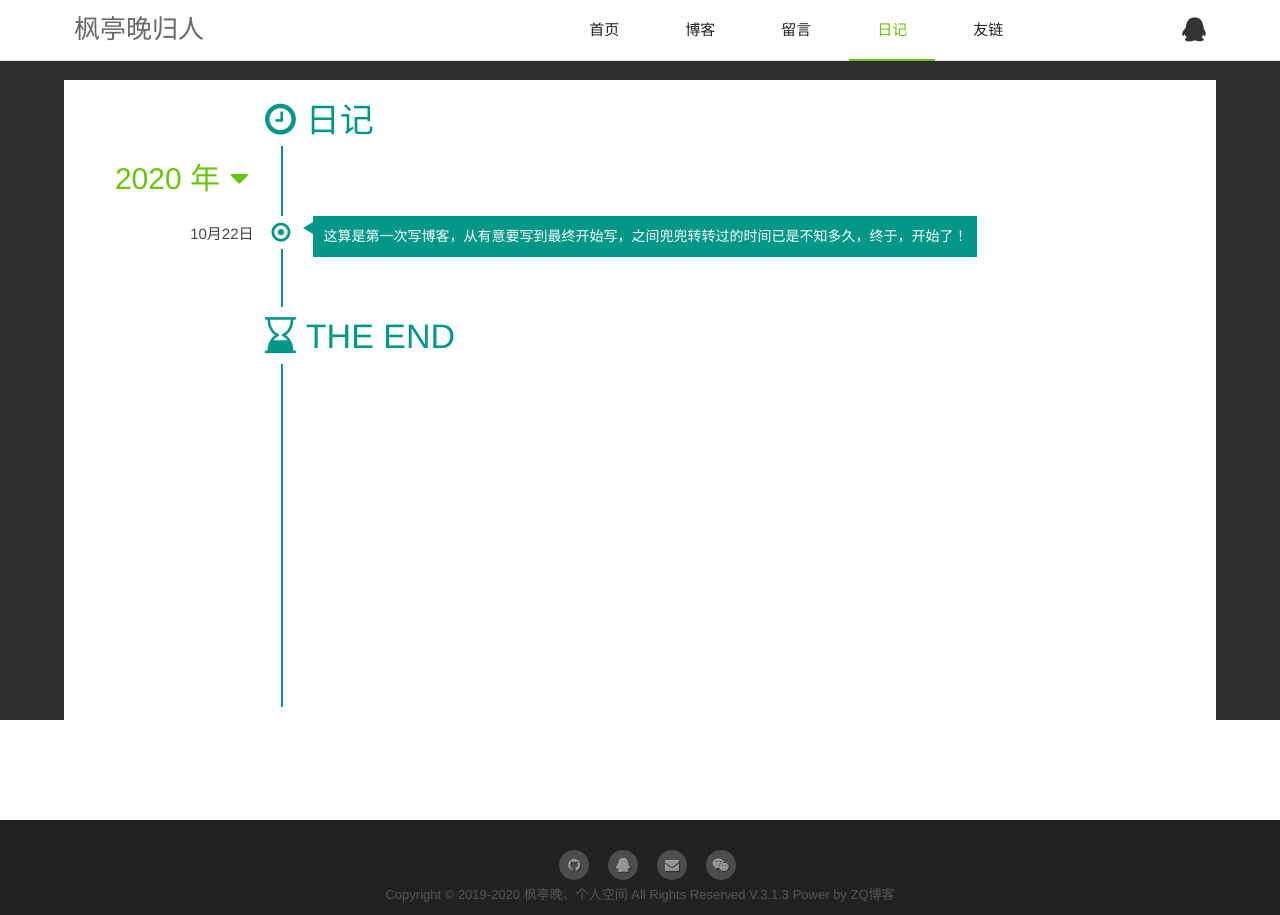
Repository: fengfi9/blog
Page: diary.html
The author's editor kept a copy of each file at every save. The page is drawn from the files as they stood at one save, then again after the next save.
The browser window is 1280 px wide. The pictures show the whole page.

Above is the page before, as saved 2020-10-22 15:06:57.

### diary.html
<!DOCTYPE html>
<html>

<head>
    <meta charset="utf-8" />
    <meta http-equiv="X-UA-Compatible" content="IE=edge,chrome=1" />
    <meta name="renderer" content="webkit">
    <meta name="viewport" content="width=device-width" />
    <meta name="author" content="www.lzqcode.com" />
    <meta name="robots" content="all" />
    <title>日记</title>
    <link rel="stylesheet" href="font-awesome/css/font-awesome.min.css">
    <link rel="stylesheet" href="layui/css/layui.css" />
    <link rel="stylesheet" href="css/master.css" />
    <link rel="stylesheet" href="css/gloable.css" />
    <link rel="stylesheet" href="css/nprogress.css" />
    <link rel="stylesheet" href="css/timeline.css" />
</head>

<body>
    <div class="header">
    </div>
    <header class="gird-header">
        <div class="header-fixed">
            <div class="header-inner">
                <a href="javascript:void(0)" class="header-logo" id="logo">枫亭晚归人</a>
                <nav class="nav" id="nav">
                    <ul>
                        <li><a href="index.html">首页</a></li>
                        <li><a href="article.html">博客</a></li>
                        <li><a href="message.html">留言</a></li>
                        <li><a href="diary.html">日记</a></li>
                        <li><a href="link.html">友链</a></li>
                    </ul>
                </nav>
                <a href="#" class="blog-user">
                    <i class="fa fa-qq"></i>
                </a>
                <a class="phone-menu">
                    <i></i>
                    <i></i>
                    <i></i>
                </a>
            </div>
        </div>
    </header>
    <div class="doc-container" id="doc-container">
        <div class="container-fixed">
            <div class="timeline-box shadow">
                <div class="timeline-main">
                    <h1><i class="fa fa-clock-o"></i>日记</h1>
                    <div class="timeline-line"></div>
                    <div class="timeline-year">
                        <h2><a class="yearToggle">2020 年</a><i class="fa fa-caret-down fa-fw"></i></h2>
                        <div class="timeline-month">
                            <ul>

                            </ul>
                        </div>
                    </div>
                    <h1 style="padding-top:4px;padding-bottom:2px;margin-top:40px;"><i
                            class="fa fa-hourglass-end"></i>THE END</h1>
                </div>
            </div>
        </div>
    </div>
    <footer class="grid-footer">
        <div class="footer-fixed">
            <div class="copyright">
                <div class="info">
                    <div class="contact">
                        <a href="javascript:void(0)" class="github" target="_blank"><i class="fa fa-github"></i></a>
                        <a href="#" class="qq" target="_blank"><i class="fa fa-qq"></i></a>
                        <a href="#" class="email" target="_blank"><i class="fa fa-envelope"></i></a>
                        <a href="javascript:void(0)" class="weixin"><i class="fa fa-weixin"></i></a>
                    </div>
                    <p class="mt05">
                        Copyright &copy; 2019-2020 枫亭晚、个人空间 All Rights Reserved V.3.1.3 Power by ZQ博客
                    </p>
                </div>
            </div>
        </div>
    </footer>
    <script src="https://cdn.bootcss.com/jquery/3.3.1/jquery.min.js"></script>
    <script src="layui/layui.js"></script>
    <script src="js/yss/gloable.js"></script>
    <script src="js/plugins/nprogress.js"></script>
    <script src="js/love.js"></script>
    <script>
        NProgress.start();
    </script>
    <script src="js/pagediary.js"></script>
    <script>
        window.onload = function () {
            NProgress.done();
        };
        // 循环日记
        var diaryS = [
            {
                time:"10月22日",
                content:"这算是第一次写博客，从有意要写到最终开始写，之间兜兜转转过的时间已是不知多久，终于，开始了！"
            }
        ];
        $.each(diaryS,function(i,val){
            var diaryCont = "<li>"+
                                "<div class='h4 animated fadeInLeft'>"+
                                    "<p class='date'>"+val.time+"</p>"+
                                "</div>"+
                                "<p class='dot-circle animated'><i class='fa fa-dot-circle-o'></i></p>"+
                                "<div class='content animated fadeInRight'>"+
                                    "<p>"+val.content+"</p>"+
                                "</div>"+
                                "<div class='clear'></div>"+
                            "</li>"
            $(".timeline-month ul").append(diaryCont)
        })
    </script>
</body>

</html>

### css/master.css
.header{
	margin: 0 auto;
	width: 100%;
	height: 100%;
	background-color: #2E2E2E;
	position: fixed!important;
	background-size: 100% 100%
}
*{margin:0;padding:0}
a,img{text-decoration:none;border:none}
button,input,textarea{outline:0;border:none;font:14px/1.5 "Microsoft YaHei","微软雅黑","Helvetica Neue","Hiragino Sans GB",Helvetica,Tahoma,sans-serif;color:#515250}
h4{font-size:20px}
li{list-style:none}
body,html{background-color:rgba(255,255,255,.5);font:14px/1.5 "Helvetica neue",Helvetica,Tahoma,"lantinghei sc","Microsoft Yahei",sans-serif;color:#515250;-webkit-font-smoothing:antialiased;-webkit-backface-visibility:hidden;overflow-x:hidden}
.gird-header{width:100%;min-height:60px;position:fixed;background-color:rgba(255,255,255,1);z-index:11002;top:0;left:0;border-bottom:1px solid #e8e9e7;font-size:14px}
.container-fixed,.footer-fixed,.header-fixed{width:1280px;margin-left:auto;margin-right:auto;position:relative}
.header-inner{margin-left:10px;margin-right:10px;position:relative}
.header-logo{font-family:BarbaraHand;font-size:40px;color:#444647;text-align:center;position:absolute;left:0;font-family: cursive;color: #686967;text-decoration: none;font-size: 26px;margin-top: 10px;}
.nav{display:block;position:absolute;right:15%}
.nav li{display:block;float:left;margin:10px 5px;position:relative}
.nav li:before{width:0;height:2px;position:absolute;bottom:-11px;left:50%;background-color:#6bc30d;content:"";transition:all .6s;z-index:-1}
.nav li a{display:block;line-height:32px;padding:4px 28px;color:#212220;font-weight:400;font-size:15px;text-shadow:0 1px 0 rgba(255,255,255,.2);-webkit-transition:all .2s;transition:all .2s}
.nav .current:before{width:100%;left:0}
.nav .current a{color:#6bc30d}
.blog-user{position:absolute;line-height:60px;font-size:24px}
.blog-user>img{border-radius:50%;width:40px;height:40px}
.phone-menu{width:50px;height:50px;display:inline-block;position:absolute;cursor:pointer;right:0;top:5px}
.phone-menu i{background:#787977;display:inline-block;width:22px;height:2px;position:absolute;left:14px}
.phone-menu i:nth-of-type(1){top:18px}
.phone-menu i:nth-of-type(2){top:25px}
.phone-menu i:nth-of-type(3){top:32px}
.grid-footer{background-color:#212220;color:#919290;font-size:14px;padding:20px 0 0 0;position:relative;zoom:1;clear:both;line-height:20px;margin-top:40px;overflow:hidden}
.copyright{padding:10px 0 10px 0}
.copyright .info{position:relative;text-align:center}
.copyright p{color:#565755;font-size:13px}
.copyright .contact a{display:inline-block;width:30px;height:30px;background-color:rgba(255,255,255,.2);text-align:center;line-height:30px;text-shadow:1px 1px 1px rgba(0,0,0,.5);font-size:14px;margin-left:15px;margin-right:0;border-radius:100%;text-decoration:none;color:rgba(255,255,255,.5);-webkit-transition:all .3s;transition:all .3s}
.copyright .contact a:hover{color:#fff}
.copyright .contact .github:hover{background-color:#b952c5}
.copyright .contact .qq:hover{background-color:#d25744}
.copyright .contact .email:hover{background-color:#668f20}
.copyright .contact .weixin:hover{background-color:#06a2c9}
.doc-container{position:relative;padding-top:60px;-webkit-transition:all .2s;transition:all .2s;min-height:100vh}
.lo{width:250px;height:60px;padding:10px 15px;clear:both;border-radius:4px}
.lo input{margin-left:15px;border:1px solid #e8e9e7}
.lo button{margin-top:10px;padding:5px 15px;cursor:pointer}
.lo .waiting{padding:5px 15px;font-family:FontAwesome;font-style:normal;text-rendering:auto;font-size:20px;display:none}
.lo .waiting:before{content:"\f110";-webkit-animation:spin 2s infinite linear;animation:spin 2s infinite linear}
.artcle{transition:animation .3s linear}
.zoomIn{animation:zoomIn 1s both}
@keyframes zoomIn{0%{opacity:0;-webkit-transform:scale3d(.3,.3,.3);transform:scale3d(.3,.3,.3)}
50%{opacity:1}
}

@-webkit-keyframes spin{0%{-webkit-transform:rotate(0)}
100%{-webkit-transform:rotate(359deg)}
}
@keyframes spin{0%{transform:rotate(0)}
100%{transform:rotate(359deg)}
}
@media screen and (min-width:1025px){.blog-user{right:0}
.phone-menu{display:none}
.nav{display:block!important}
}
@media screen and (max-width:1366px){.container-fixed,.footer-fixed,.header-fixed{width:90%}
.phone-menu{display:none}
.nav{display:block}
}
@media screen and (max-width:1024px){.header-logo{left:25%;width:50%}
.nav{position:fixed;top:60px;left:0;right:0}
.container-fixed,.footer-fixed,.header-fixed{width:90%}
.phone-menu{display:block}
.nav{display:none;width:100%;background:rgba(255,255,255,1)}
.nav li:before{bottom:0;z-index:10}
.nav li{float:none;border-bottom:1px solid #e8e9e7}
.nav li:last-child{border:0}
}
@font-face{font-family:BarbaraHand;src:url(../font/barbarahand-webfont.eot);src:url(../font/barbarahand-webfont.eot?#iefix) format('embedded-opentype'),url(../font/barbarahand-webfont.woff2) format('woff2'),url(../font/barbarahand-webfont.woff) format('woff'),url(../font/barbarahand-webfont.ttf) format('truetype'),url(../font/barbarahand-webfont.svg#BarbaraHand) format('svg');font-weight:400;font-style:normal}

### css/gloable.css
.f-oh{
    overflow: hidden;
    zoom: 1;
    clear: both;
}
.f-oh a{
    margin-right: 30px;
    color: #565755;
}
.f-oh a:hover{
    text-decoration:underline;
    color:#6bc30d;
}

.fs-12{
    font-size:12px;
}
.fs-14{
    font-size:14px;
}
.fs-16,h6{
    font-size:16px;
}
.fs-18{
    font-size:18px;
}
.fs-24{
    font-size:24px;
}
.fs-32{
    font-size:32px;
}
.f-fr{
    float:right;
}
.fc-blue{
    color: #2ea7e0;
}
.fc-black{
    color:#383937
}
.fc-grey{
    color:#787977;
}
.fc-red{
    color:#ff4351;
}
.f-fwb{
    font-weight:bold;
}
.f-fwn{
    font-weight:normal;
}
.f-fl{
    float:left;
}
.f-vam{
    vertical-align:middle;
}
/*.f-ff-icon{
    font-family:"FontAwesome";
    font-style:normal;
    text-rendering:auto;
}*/
.f-fr{
    float:right;
}
.mt05{
    margin-top:5px;
}
.mt10{
    margin-top:10px;
}
.mt20{
    margin-top:20px;
}
.ml05{
    margin-left:5px;
}
.ml10{
    margin-left:10px;
}
.ml20{
    margin-left:20px;
}
.mr05{
    margin-right:5px;
}
.f-noneselect{
    -webkit-user-select: none;
    user-select: none;
}
.fc-link{
    color: #3e8bc7 !important;
}

.f-cb,.f-cb:after{
    display: block;
    content: " ";
    height: 0;
    visibility: hidden;
    clear: both;
}
.img-light{
    position:relative;
}
.img-light:after {
    content: "";
    height: 100%;
    width: 100px;
    -webkit-transform: skewX(-25deg) translateZ(0);
    transform: skewX(-25deg) translateZ(0);
    background-image: linear-gradient(90deg,hsla(0,0%,100%,0),hsla(0,0%,100%,.3) 50%,hsla(0,0%,100%,0));
    position: absolute;
    left: -160%;
    top: 0;
    z-index: 2;
}
.img-light:hover:after {
    transition: left 1s ease-in-out;
    left: 160%;
}
.grid-page{
    font-size:0;
}
.grid-page a[href]:hover,.grid-page a.p-current{
    color: #fff;
    background-color: #787977;
    text-decoration: none;
}
.grid-page a{
    display: inline-block;
    width: 32px;
    height: 32px;
    line-height: 32px;
    text-align: center;
    font-size: 14px;
    background-color: #fff;
    margin: 0 3px;
    transition: all .3s ease-out;
    cursor: default;
    border-radius: 3px;
    box-shadow: 0 1px 3px rgba(0,0,0,.06);
    color: #787977;
}
.grid-page a.p-current{
    background-color: #6bc30d;
    border-radius: 3px;
}
.grid-page a[href]{
    cursor:pointer;
}
.grid-page a.more{
    background-color: transparent;
    color: #787977;
    cursor: default;
    text-shadow: 0 1px 0 rgba(255,255,255,.6);
}

.checkbox-check {}
.checkbox-label{
    display: inline-block;
    width: 46px;
    height: 26px;
    background-color: #f1f2f0;
    border-radius: 26px;
    vertical-align: middle;
    border: 1px solid #e8e9e7;
    position: relative;
    font-size: 0;
    cursor: pointer;
    transition: all .3s ease;
}
.checkbox-label:after{
    content: '';
    display: inline-block;
    width: 26px;
    height: 26px;
    border: 1px solid #e8e9e7;
    background-color: #fff;
    border-radius: 100%;
    position: absolute;
    top: -1px;
    left: 0;
    transition: all .3s ease;
}
.checkbox-check:checked~.checkbox-label{
    background-color: #6bc30d;
    border-color: #6bc30d;
}
.checkbox-check:checked~.checkbox-label:after{
    transform: translate3d(20px,0,0);
    border-color: #6bc30d;
}

.u-label {
    display: inline-block;
    border: 1px solid #e8e9e7;
    padding: 5px;
    overflow: hidden;
    position: relative;
    vertical-align: middle;
    transition: background-color .3s;
}
.u-label.input{
    padding: 0 5px 0 30px;
    min-width: 140px;
    background-color: #fff;
}
.u-label.button{
    border: none;
    padding: 0;
}
.u-btn-sub{
    border: none;
    display: inline-block;
    height: 24px;
    line-height: 24px;
    padding: 6px 0;
    text-align: center;
    width: 90px;
    background-color: #70ca10;
    color: #fff;
    -webkit-transition: all .3s;
    transition: all .3s;
    box-sizing: content-box;
    text-decoration: none!important;
}

### css/nprogress.css
/* Make clicks pass-through */
#nprogress {
  pointer-events: none;
}

#nprogress .bar {
  background: #29d;

  position: fixed;
  z-index: 99999;
  top: 0;
  left: 0;

  width: 100%;
  height: 2px;
}

/* Fancy blur effect*/
#nprogress .peg {
  display: block;
  position: absolute;
  right: 0px;
  width: 100px;
  height: 100%;
  box-shadow: 0 0 10px #29d, 0 0 5px #29d;
  opacity: 1.0;

  -webkit-transform: rotate(3deg) translate(0px, -4px);
      -ms-transform: rotate(3deg) translate(0px, -4px);
          transform: rotate(3deg) translate(0px, -4px);
}

/* Remove these to get rid of the spinner */
#nprogress .spinner {
  display: block;
  position: fixed;
  z-index: 99999;
  top: 15px;
  right: 15px;
}

#nprogress .spinner-icon {
  width: 18px;
  height: 18px;
  box-sizing: border-box;

  border: solid 2px transparent;
  border-top-color: #29d;
  border-left-color: #29d;
  border-radius: 50%;

  -webkit-animation: nprogress-spinner 400ms linear infinite;
          animation: nprogress-spinner 400ms linear infinite;
}

.nprogress-custom-parent {
  overflow: hidden;
  position: relative;
}

.nprogress-custom-parent #nprogress .spinner,
.nprogress-custom-parent #nprogress .bar {
  position: absolute;
}

@-webkit-keyframes nprogress-spinner {
  0%   { -webkit-transform: rotate(0deg); }
  100% { -webkit-transform: rotate(360deg); }
}
@keyframes nprogress-spinner {
  0%   { transform: rotate(0deg); }
  100% { transform: rotate(360deg); }
}

### css/timeline.css
.clear {
    clear: both;
}
.timeline-box {
    background: #fff;
    padding: 8px;
    position: relative;
    min-height: 90vh;
    margin-top:20px;
}
.timeline-main {
    position: relative;
    min-height: 85vh;
}

    .timeline-main > h1 {
        font-size: 18px;
        background: #fff;
        z-index: 1;
        position: relative;
        color: #484348;
        margin-left: 33%; /*畇못꼇連넣 calc()돨啞응포*/
        margin-left: -moz-calc(35% - 7px);
        margin-left: -webkit-calc(35% - 7px);
        margin-left: calc(35% - 7px);
    }

        .timeline-main > h1 > i {
            padding-right: 10px;
            font-size: 20px;
        }

        .timeline-main > h1 > span {
            display: none;
        }

    .timeline-main h2,
    .timeline-main h3 {
        width: 31%;
        text-align: right;
    }

        .timeline-main h2,
        .timeline-main h2 > a {
            font-size: 16px;
            margin: 5px 0;
            color: #6bc30d;
        }

        .timeline-main h3,
        .timeline-main h3 > a {
            font-size: 14px;
            margin: 2px 0;
            color: #FF5722;
        }

.timeline-month > ul > li {
    padding: 10px 0;
}

    .timeline-month > ul > li .h4 {
        display: inline-block;
        width: 31%;
        text-align: right;
        float: left;
    }

.date {
    display: inline-block;
    padding: 2px 5px;
    color: #484348;
    font-size: 15px;
    margin-top:5px;
}

.dot-circle {
    color: #009688;
    width: 8%;
    text-align: center;
    font-size: 22px;
    z-index: 1;
    position: relative;
    background: #fff;
    float: left;
}

.content {
    max-width: 50%;
    float: left;
    padding: 10px;
    margin-left: 10px;
    position: relative;
    z-index: 1;
    background: #009688;
    color: #fff;
}
    .content img{width:100%}
    .content::before {
        position: absolute;
        left: -20px;
        top: 6px;
        height: 0;
        width: 0;
        content: '';
        border: 10px solid rgba(255, 255, 255, 0.00);
        border-top: 6px solid rgba(255, 255, 255, 0.00);
        border-bottom: 6px solid rgba(255, 255, 255, 0.00);
        border-right-color: #009688;
    }

.timeline-line {
    position: absolute;
    left: 35%;
    top: 0;
    height: 100%;
    width: 2px;
    background: #009688;
    z-index: 0;
}

.timeline-year {
    margin: 10px 0;
}



/* 鬼팁캥（틱겼，댕黨된黨 768px） */
@media (min-width: 768px) {
    .timeline-box {
        background: #fff;
        padding: 15px;
        position: relative;
        min-height: 90vh;
    }

    .timeline-main > h1 {
        font-size: 26px;
        margin-left: 16%; /*畇못꼇連넣calc()돨啞응포*/
        margin-left: -moz-calc(18% - 13px);
        margin-left: -webkit-calc(18% - 13px);
        margin-left: calc(18% -13px);
    }

        .timeline-main > h1 > i {
            font-size: 30px;
        }

        .timeline-main > h1 > span {
            display: inline;
        }

    .timeline-main h2,
    .timeline-main h3 {
        width: 16%;
    }

        .timeline-main h2,
        .timeline-main h2 > a {
            font-size: 24px;
        }

        .timeline-main h3,
        .timeline-main h3 > a {
            font-size: 20px;
        }

    .timeline-month > ul > li .h4 {
        width: 16%;
    }

    .dot-circle {
        width: 4%;
        font-size: 22px;
    }

    .content {
        max-width: 70%;
    }

    .timeline-line {
        left: 18%;
    }
}

/* 櫓된팁캥（戮충鞫刻포，댕黨된黨 992px） */
@media (min-width: 992px) {
    .timeline-main > h1 {
        font-size: 34px;
        background: #fff;
        z-index: 1;
        position: relative;
        color: #009688;
        margin-left: 17%; /*畇못꼇連넣calc()돨啞응포*/
        margin-left: -moz-calc(18% - 16px);
        margin-left: -webkit-calc(18% - 16px);
        margin-left: calc(18% - 16px);
    }

        .timeline-main > h1 > i {
            font-size: 36px;
        }

    .timeline-main h2,
    .timeline-main h2 > a {
        font-size: 30px;
    }

    .timeline-main h3,
    .timeline-main h3 > a {
        font-size: 24px;
    }
}

### js/yss/gloable.js
layui.use(['jquery', 'layer', 'util'], function () {
    var $ = layui.jquery,
        layer = layui.layer,
        util = layui.util;
    util.fixbar();
    //导航控制
    master.start($);
});
var slider = 0;
var pathname = window.location.pathname.replace('Read', 'Article');
var master = {};
master.start = function ($) {
    $('#nav li').hover(function () {
        $(this).addClass('current');
    }, function () {
        var href = $(this).find('a').attr("href");
        if (pathname.indexOf(href) == -1) {
            $(this).removeClass('current');
        }
    });
    selectNav();
    function selectNav() {
        var navobjs = $("#nav a");
        $.each(navobjs, function () {
            var href = $(this).attr("href");
            if (pathname.indexOf(href) != -1) {
                $(this).parent().addClass('current');
            }
        });
    };
    $('.phone-menu').on('click', function () {
        $('#nav').toggle(500);
    });
    $(".blog-user img").hover(function () {
        var tips = layer.tips('点击退出', '.blog-user', {
            tips: [3, '#009688'],
        });
    }, function () {
        layer.closeAll('tips');
    })
};

### layui/lay/modules/flow.js
/** layui-v2.2.6 MIT License By https://www.layui.com */
 ;layui.define("jquery",function(e){"use strict";var l=layui.$,o=function(e){},t='<i class="layui-anim layui-anim-rotate layui-anim-loop layui-icon ">&#xe63e;</i>';o.prototype.load=function(e){var o,i,n,r,a=this,c=0;e=e||{};var f=l(e.elem);if(f[0]){var m=l(e.scrollElem||document),u=e.mb||50,s=!("isAuto"in e)||e.isAuto,v=e.end||"没有更多了",y=e.scrollElem&&e.scrollElem!==document,d="<cite>加载更多</cite>",h=l('<div class="layui-flow-more"><a href="javascript:;">'+d+"</a></div>");f.find(".layui-flow-more")[0]||f.append(h);var p=function(e,t){e=l(e),h.before(e),t=0==t||null,t?h.html(v):h.find("a").html(d),i=t,o=null,n&&n()},g=function(){o=!0,h.find("a").html(t),"function"==typeof e.done&&e.done(++c,p)};if(g(),h.find("a").on("click",function(){l(this);i||o||g()}),e.isLazyimg)var n=a.lazyimg({elem:e.elem+" img",scrollElem:e.scrollElem});return s?(m.on("scroll",function(){var e=l(this),t=e.scrollTop();r&&clearTimeout(r),i||(r=setTimeout(function(){var i=y?e.height():l(window).height(),n=y?e.prop("scrollHeight"):document.documentElement.scrollHeight;n-t-i<=u&&(o||g())},100))}),a):a}},o.prototype.lazyimg=function(e){var o,t=this,i=0;e=e||{};var n=l(e.scrollElem||document),r=e.elem||"img",a=e.scrollElem&&e.scrollElem!==document,c=function(e,l){var o=n.scrollTop(),r=o+l,c=a?function(){return e.offset().top-n.offset().top+o}():e.offset().top;if(c>=o&&c<=r&&!e.attr("src")){var m=e.attr("lay-src");layui.img(m,function(){var l=t.lazyimg.elem.eq(i);e.attr("src",m).removeAttr("lay-src"),l[0]&&f(l),i++})}},f=function(e,o){var f=a?(o||n).height():l(window).height(),m=n.scrollTop(),u=m+f;if(t.lazyimg.elem=l(r),e)c(e,f);else for(var s=0;s<t.lazyimg.elem.length;s++){var v=t.lazyimg.elem.eq(s),y=a?function(){return v.offset().top-n.offset().top+m}():v.offset().top;if(c(v,f),i=s,y>u)break}};if(f(),!o){var m;n.on("scroll",function(){var e=l(this);m&&clearTimeout(m),m=setTimeout(function(){f(null,e)},50)}),o=!0}return f},e("flow",new o)});

Loaded but not shown: font-awesome/css/font-awesome.min.css (library); layui/css/layui.css (library); layui/layui.js (library); js/plugins/nprogress.js (library); js/pagediary.js (common file); layui/lay/modules/layer.js (library); layui/css/modules/layer/default/layer.css (library); js/love.js (64 lines, source omitted); layui/lay/modules/util.js (2 lines, source omitted)

After the next save:
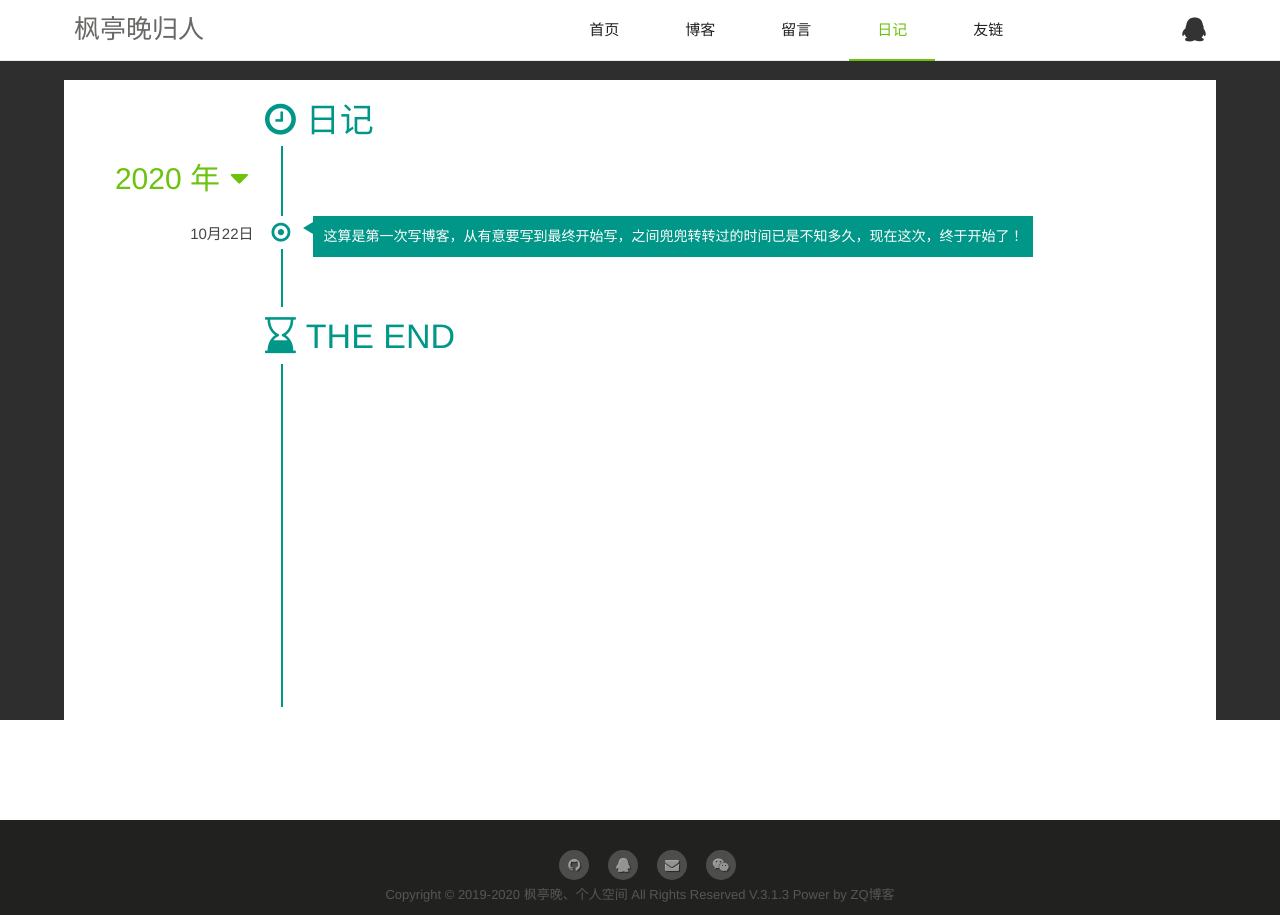
Saved 113 s later.
--- a/diary.html
+++ b/diary.html
@@ -98,7 +98,7 @@
         var diaryS = [
             {
                 time:"10月22日",
-                content:"这算是第一次写博客，从有意要写到最终开始写，之间兜兜转转过的时间已是不知多久，终于，开始了！"
+                content:"这算是第一次写博客，从有意要写到最终开始写，之间兜兜转转过的时间已是不知多久，现在这次，终于开始了！"
             }
         ];
         $.each(diaryS,function(i,val){
